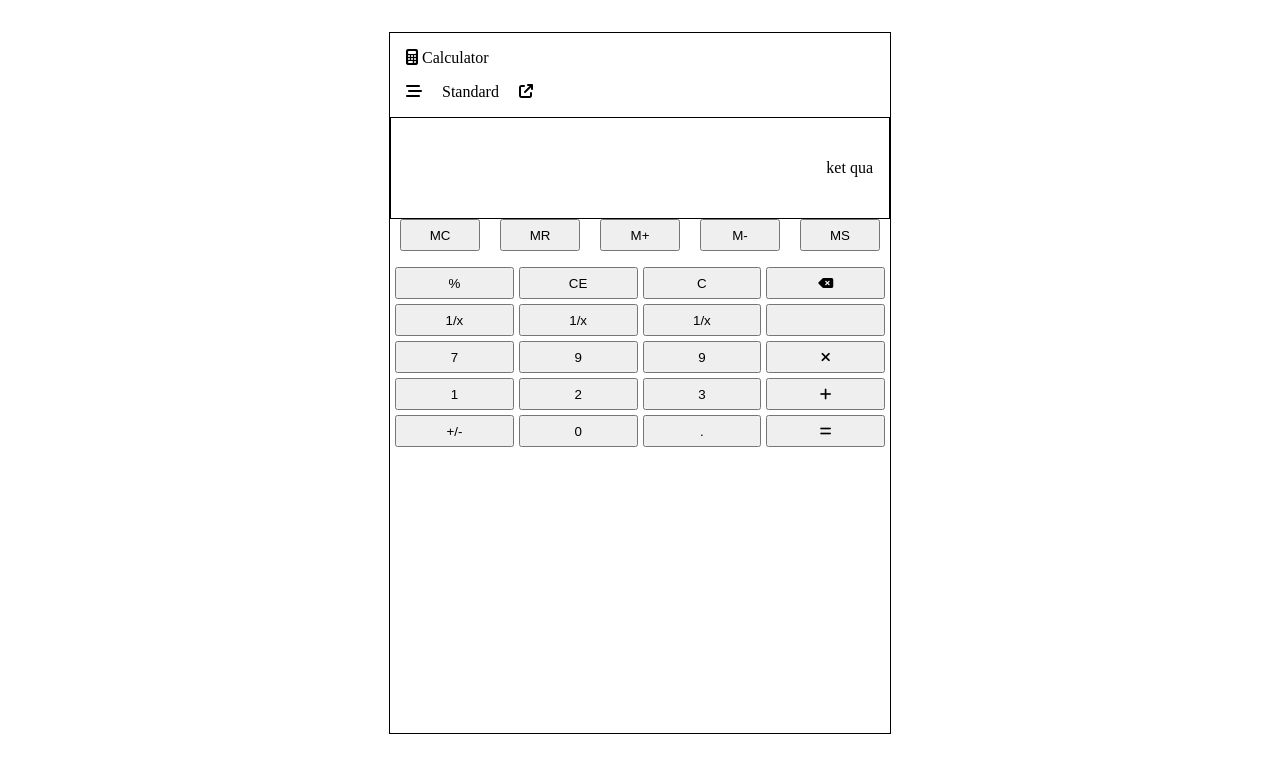
Repository: tungts3qb/Javascript
Page: Calculator/Calculator.html
An editor plug-in stored every save of this project. The page is shown before and after the next save, followed by the edit.
The browser window is 1280 px wide. The pictures show the whole page.

Above is the page before, as saved 2022-12-26 16:49:40.

After the next save:
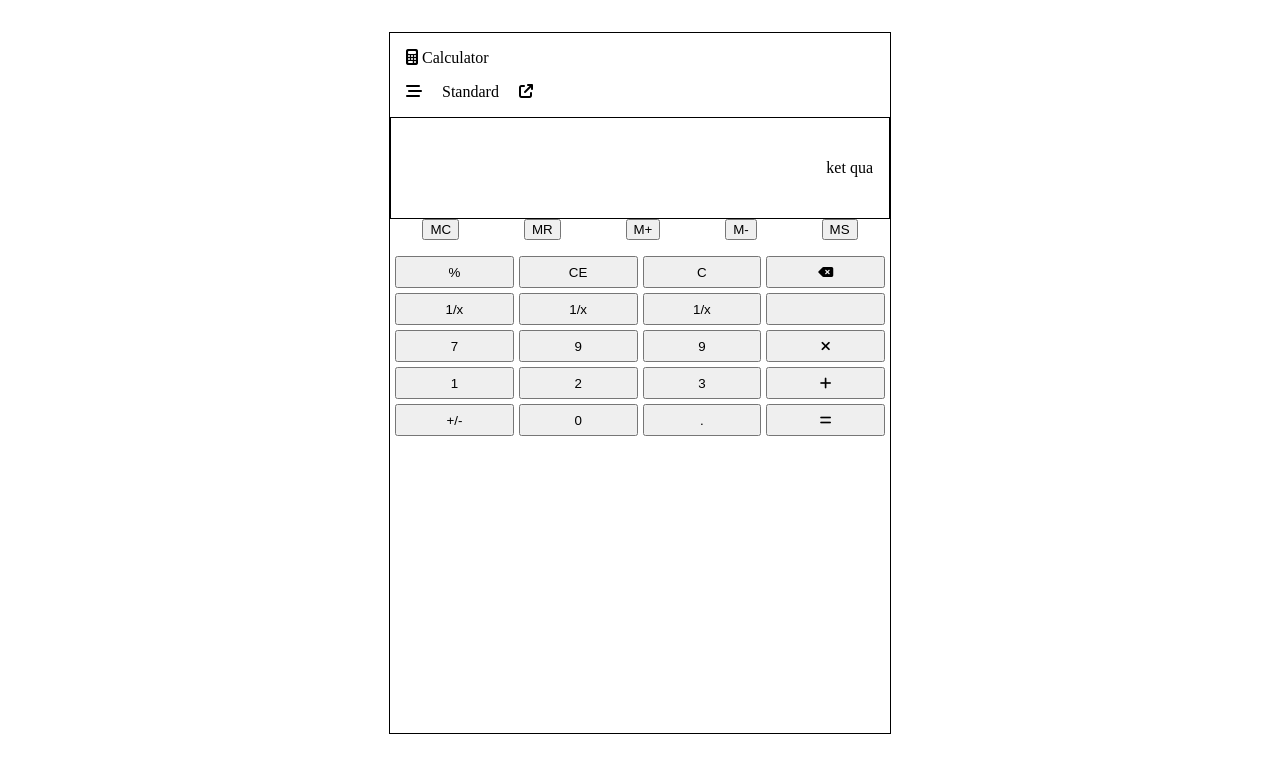
Saved 16 s later.
--- a/Calculator/style.css
+++ b/Calculator/style.css
@@ -49,10 +49,10 @@
   margin-left: 0;
 }
 
-.btn-special-fun {
+/* .btn-special-fun {
   width: 5rem;
   height: 2rem;
-}
+} */
 
 .calculator-buttons {
   display: grid;
